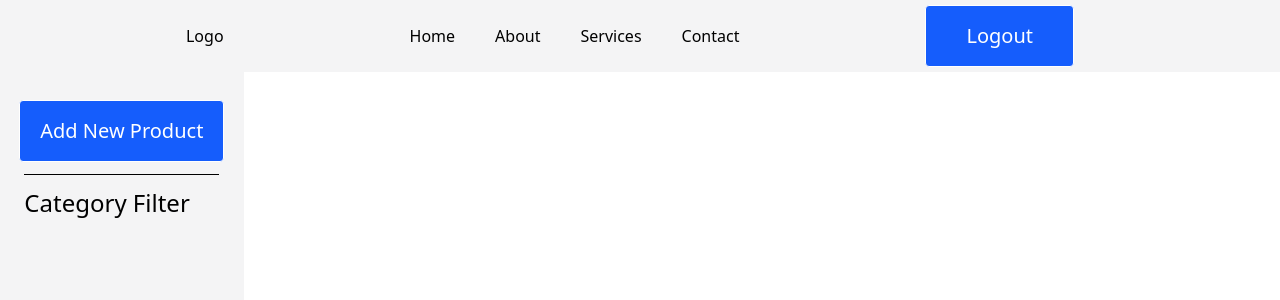
Repository: Habeebur1493/project
Page: /Home
An editor plug-in stored every save of this project. The page is shown before and after the next save, followed by the edit.
The browser window is 1280 px wide. The pictures show the whole page.
The page's requests for data from a server got no answer. The project was rebuilt for these pictures with package versions that can differ from the ones it lists, and the page was loaded fresh each time. No one was signed in, and anything a server would have sent is missing. Also part of the build but not shown: vite.config.js, src/Components/Login.jsx, src/Components/Loading.jsx, src/Components/Details.jsx.

Above is the page before, as saved 2025-01-31 20:00:07.

### index.html
<!doctype html>
<html lang="en">
  <head>
    <meta charset="UTF-8" />
    <meta name="viewport" content="width=device-width, initial-scale=1.0" />
    <title>Project</title>
  </head>
  <body>
    <div id="root"></div>
    <script type="module" src="/src/main.jsx"></script>
  </body>
</html>

### src/main.jsx
import React from "react";
import { createRoot } from "react-dom/client";
import App from "./App.jsx";
import { BrowserRouter } from "react-router-dom";
import Context from "./Components/utils/Context.jsx";

createRoot(document.getElementById("root")).render(
  <Context>
    <BrowserRouter>
      <App />
    </BrowserRouter>
    </Context>

);

### src/App.jsx
import React from "react";
import "./App.css";
import { Route, Routes } from "react-router-dom";
import Login from "./Components/Login.jsx";
import Home from "./Components/Home.jsx";
import Details from "./Components/Details.jsx";


const App = () => {
  return (
    <div className="h-screen w-screen flex">
      <Routes>
        <Route path="/" element={<Login />} />
        <Route path="/Home" element={<Home />} />
        <Route path="/details/:id" element={<Details />} />
      </Routes>
    </div>
  );
};

export default App;

### src/Components/utils/Context.jsx
import React, { createContext, useEffect, useState } from "react";
import axios from "axios";

export const ProductContext = createContext();

const Context = ({children}) => {
  const [products, setproducts] = useState([]);

  const getproducts = async () => {
    try {
      const { data } = await axios.get("https://fakestoreapi.com/products");
      setproducts(data);
    } catch (error) {
      console.log( "Error Fetching products"  ,error);
    }
  };

  useEffect(() => {
    getproducts();
  }, []);

  return (
    <ProductContext.Provider value={{products, setproducts}}>
      {children}
    </ProductContext.Provider>
  );
};

export default Context;

### src/Components/Home.jsx
import React, { useContext, useEffect, useState } from "react";
import { Link, useLocation } from "react-router-dom";
import Nav from "./Nav";
import { ProductContext } from "./utils/Context";
import Loading from "./Loading";
import axios from "axios";

const Home = () => {
  const { products } = useContext(ProductContext);
  const { search } = useLocation();
  const category = decodeURIComponent(search.split("=")[1]);

  const [filteredProducts, setfilteredProducts] = useState(products);

  const getproductscategory = async () => {
    try {
      const { data } = await axios.get(
        `https://fakestoreapi.com/products/category/${category}`
      );
      setfilteredProducts(data);
    } catch (error) {
      console.log(error);
    }
  };
  useEffect(() => {
    if (category.length > 0) getproductscategory();
  }, [category]);

  console.log(filteredProducts);

  if (!products) {
    return <Loading />;
  } else if (products.length < 0) {
    return <h1 className="text-center text-3xl">No products found</h1>;
  }
  return (
    <>
      <Nav />
      <div className="w-[85%] px-3 py-25 flex flex-wrap overflow-x-hidden overflow-y-auto">
        {filteredProducts &&
          filteredProducts.map((p) => (
            <Link
              key={p.id}
              to={`/details/${p.id}`}
              className="mr-3 mb-3 card p-3 border shadow rounded w-[18%] h-[30vh] flex-col flex
         justify-center items-center"
            >
              <div
                className="hover:scale-110 mb-3 w-full h-[80%] bg-contain bg-no-repeat bg-center"
                style={{ backgroundImage: `url(${p.image})` }}
              ></div>
              <h1 className="hover:text-blue-300">{p.title}</h1>
            </Link>
          ))}
      </div>
    </>
  );
};
export default Home;

### src/Components/Nav.jsx
import React, { useContext } from "react";
import { ProductContext } from "./utils/Context";
import { Link } from "react-router-dom";



const Nav = () => {
  const { products } = useContext(ProductContext);

  let category  =
  products && products.reduce((acc, cv)=>[...acc, cv.category], []);
  category = [...new Set(category)];

  return (
    <>
      <nav className="w-[20%] h-[100%] bg-zinc-100 flex flex-col items-center pt-5  ">
        <a
          className="mt-20 py-4 px-5 border rounded text-white text-xl bg-blue-600"
          href="/create"
        >
          Add New Product
        </a>
        <hr className="my-3 w-[80%]" />
        <h1 className="text-2xl mb-3 w-[80%]">Category Filter</h1>
        <div className="w-[80%]">

          {category.map((c, i) => (

          <Link
          key={i}
          to={`/?category=${c}`}
           className="flex items-center mb-3">
            <span className="rounded-full mr-2 w-[15px] h-[15px] bg-blue-400"></span>
            {""}
            {c}
          </Link>
          ))}
        </div>
      </nav>

      <nav className="w-screen h-[10%] bg-zinc-100 flex justify-evenly items-center absolute overflow-y-auto">
        <h1>Logo</h1>
        <ul className="flex gap-10">
          <li>Home</li>
          <li>About</li>
          <li>Services</li>
          <li>Contact</li>
        </ul>
          <button className='mr-5 py-4 px-10 border rounded text-white text-xl bg-blue-600'>
            Logout</button>
      </nav>
    </>
  );
};

export default Nav;

Loaded but not shown: src/App.css (common file)

After the next save:
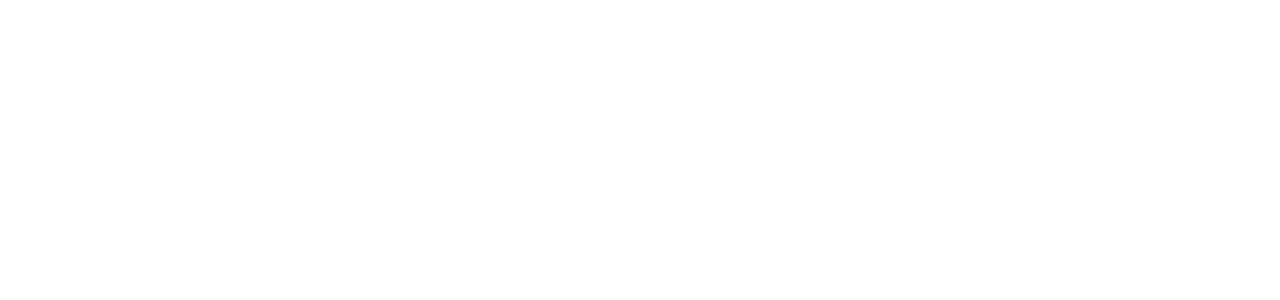
Console error: ReferenceError: handleLogout is not defined
Saved 6 min 8 s later.
--- a/src/Components/Nav.jsx
+++ b/src/Components/Nav.jsx
@@ -46,7 +46,9 @@
           <li>Services</li>
           <li>Contact</li>
         </ul>
-          <button className='mr-5 py-4 px-10 border rounded text-white text-xl bg-blue-600'>
+          <button
+            onClick={handleLogout}
+            className='mr-5 py-4 px-10 border rounded text-white text-xl bg-blue-600'>
             Logout</button>
       </nav>
     </>

After the save that followed:
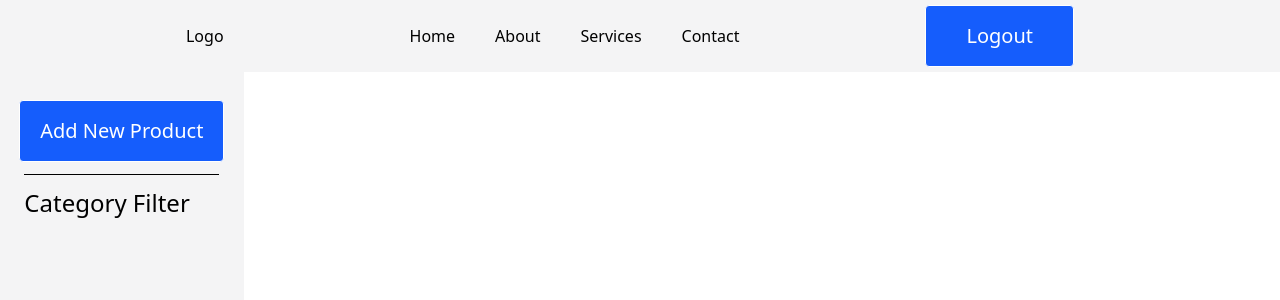
The error is gone.
Saved 104 s later.
--- a/src/Components/Nav.jsx
+++ b/src/Components/Nav.jsx
@@ -1,16 +1,22 @@
 import React, { useContext } from "react";
 import { ProductContext } from "./utils/Context";
-import { Link } from "react-router-dom";
+import { Link, useNavigate } from "react-router-dom";
 
 
 
 const Nav = () => {
   const { products } = useContext(ProductContext);
+  const Navigate = useNavigate();
+
 
   let category  =
   products && products.reduce((acc, cv)=>[...acc, cv.category], []);
   category = [...new Set(category)];
 
+  const handleLogout =()=>{
+    localStorage.removeItem("token");
+    Navigate("/login");
+  }
   return (
     <>
       <nav className="w-[20%] h-[100%] bg-zinc-100 flex flex-col items-center pt-5  ">
